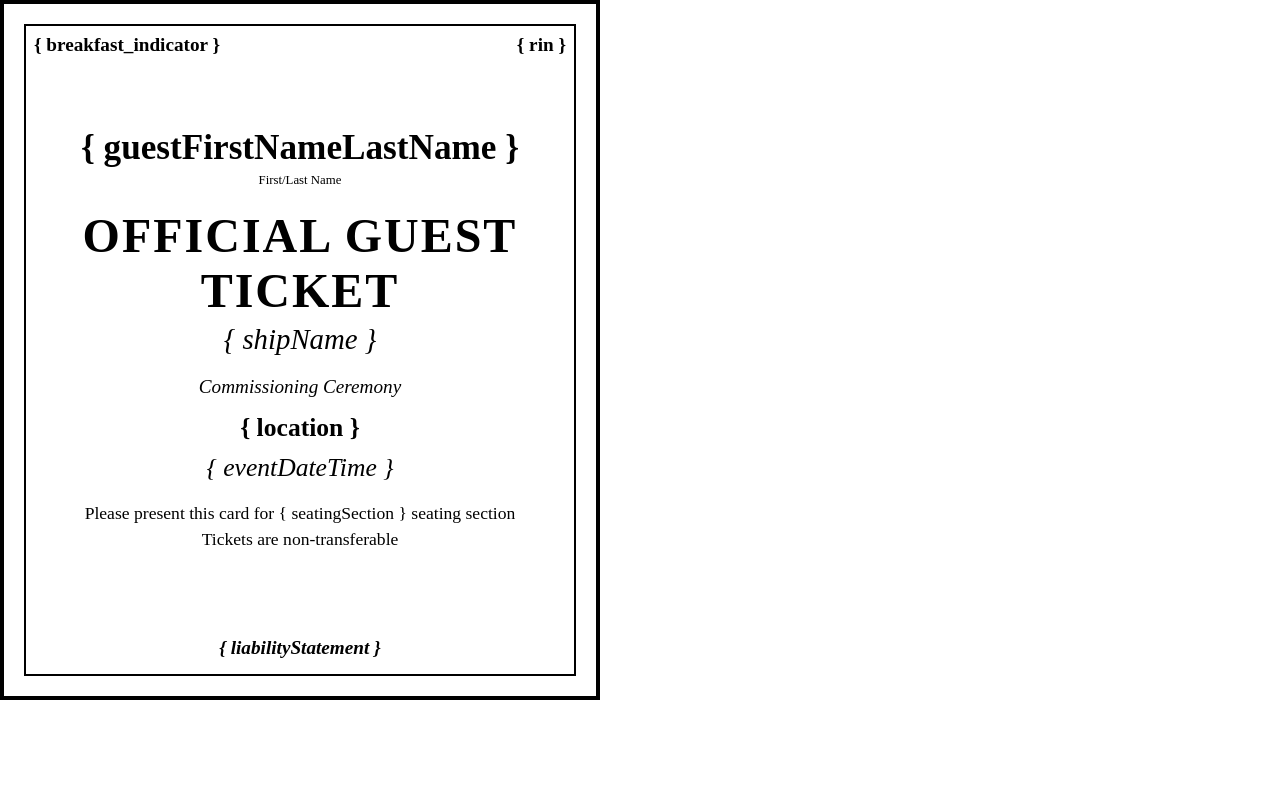
Repository: yaleevans/SabelWeasyPrintPDFLambda
Page: event_ticket_template.html
An editor plug-in stored every save of this project. The page is shown before and after the next save, followed by the edit.
The browser window is 1280 px wide. The pictures show the whole page.

Above is the page before, as saved 2025-10-21 10:31:49.

After the next save:
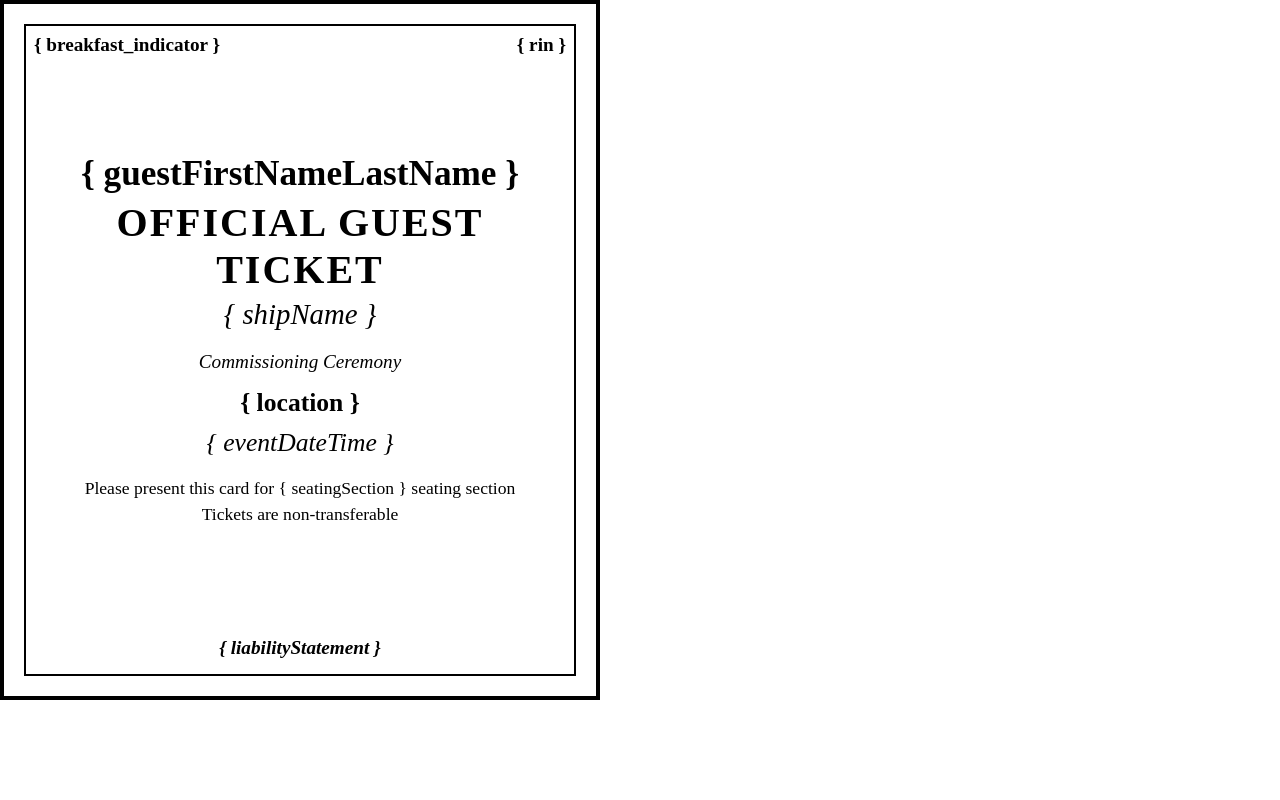
Saved 23 h 12 min later.
--- a/event_ticket_template.html
+++ b/event_ticket_template.html
@@ -92,7 +92,7 @@
         /* Apply text styles and margins as before */
         .guest-name { font-size: 2.2em; font-weight: bold; margin-bottom: 5px; color: { font_color };}
         .guest-name-label { font-size: 0.8em; margin-bottom: 20px; color: { font_color }; }
-        .ticket-title { font-size: 3em; font-weight: bold; letter-spacing: 2px; margin-bottom: 5px; color: { font_color }; }
+        .ticket-title { font-family: 'Times New Roman', Times, serif;font-size: 2.5em; font-weight: bold; letter-spacing: 2px; margin-bottom: 5px; color: { font_color }; }
         .ship-name { font-size: 1.8em; font-style: italic; margin-bottom: 20px; color: { font_color }; }
         .commissioning-text { font-size: 1.2em; font-style: italic; margin-bottom: 15px; color: { font_color }; }
         .location { font-size: 1.6em; font-weight: bold; margin-bottom: 10px; color: { font_color };}
@@ -116,7 +116,6 @@
         <div class="inner-border" style="background-color: { background_color }">
             <div class="content">
                 <div class="guest-name">{ guestFirstNameLastName }</div>
-                <div class="guest-name-label">First/Last Name</div>
 
                 <div class="ticket-title">OFFICIAL GUEST TICKET</div>
                 <div class="ship-name">{ shipName }</div>
